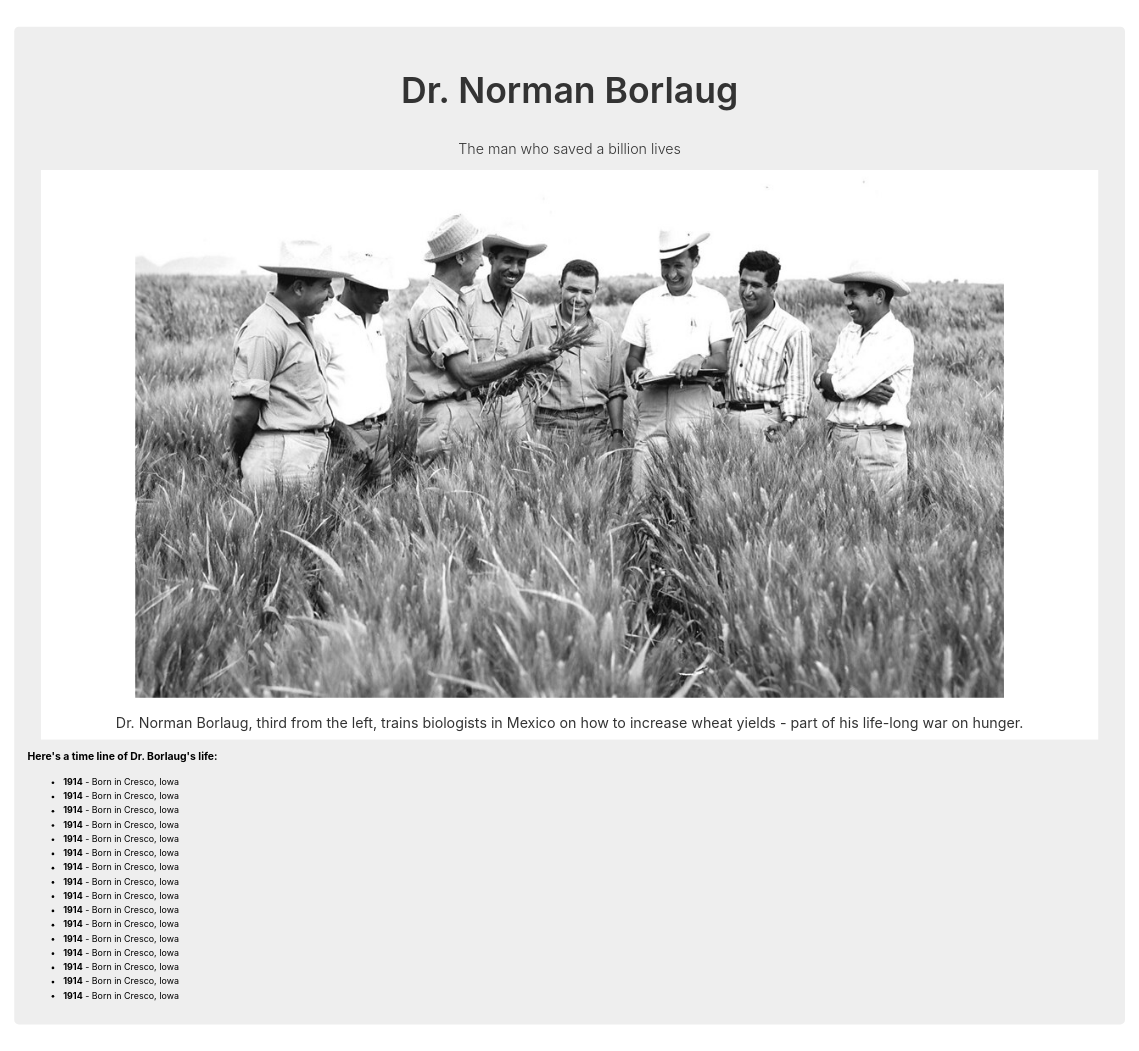
Repository: HTDuy01/github-demo
Page: freecodecamp/index.html
An editor plug-in stored every save of this project. The page is shown before and after the next save, followed by the edit.
The browser window is 1280 px wide. The pictures show the whole page, at 89% of full size.

Above is the page before, as saved 2021-11-17 20:34:30.

### freecodecamp/index.html
<!DOCTYPE html>
<html lang="en">
<head>
    <meta charset="UTF-8">
    <meta http-equiv="X-UA-Compatible" content="IE=edge">
    <meta name="viewport" content="width=device-width, initial-scale=1.0">
    <title>Document</title>
    <link rel="stylesheet" href="/assets/css/style.css">
    <link rel="stylesheet" href="/assets/css/base.css">
</head>
<body>
    <div class="main">
        <header id="title">
            <h1 class="heading">Dr. Norman Borlaug</h1>
            <p class="sub-heading">The man who saved a billion lives</p>
        </header>

        <div id="img-div">
            <img src="/assets/img/tribute-page-main-image.jpg" alt="" class="img">
            <p class="content-img">Dr. Norman Borlaug, third from the left, trains biologists in Mexico on how to increase wheat yields - part of his life-long war on hunger.</p>
        </div>

        <div class="content">
            <h3 class="content-heading">Here's a time line of Dr. Borlaug's life:</h3>
            <ul class="content-list">
                <li class="content-item">
                    <strong>1914</strong>
                     - Born in Cresco, Iowa
                </li>
                <li class="content-item">
                    <strong>1914</strong>
                     - Born in Cresco, Iowa
                </li>
                <li class="content-item">
                    <strong>1914</strong>
                     - Born in Cresco, Iowa
                </li>
                <li class="content-item">
                    <strong>1914</strong>
                     - Born in Cresco, Iowa
                </li>
                <li class="content-item">
                    <strong>1914</strong>
                     - Born in Cresco, Iowa
                </li>
                <li class="content-item">
                    <strong>1914</strong>
                     - Born in Cresco, Iowa
                </li>
                <li class="content-item">
                    <strong>1914</strong>
                     - Born in Cresco, Iowa
                </li>
                <li class="content-item">
                    <strong>1914</strong>
                     - Born in Cresco, Iowa
                </li>
                <li class="content-item">
                    <strong>1914</strong>
                     - Born in Cresco, Iowa
                </li>
                <li class="content-item">
                    <strong>1914</strong>
                     - Born in Cresco, Iowa
                </li>
                <li class="content-item">
                    <strong>1914</strong>
                     - Born in Cresco, Iowa
                </li>
                <li class="content-item">
                    <strong>1914</strong>
                     - Born in Cresco, Iowa
                </li>
                <li class="content-item">
                    <strong>1914</strong>
                     - Born in Cresco, Iowa
                </li>
                <li class="content-item">
                    <strong>1914</strong>
                     - Born in Cresco, Iowa
                </li>
                <li class="content-item">
                    <strong>1914</strong>
                     - Born in Cresco, Iowa
                </li>
                <li class="content-item">
                    <strong>1914</strong>
                     - Born in Cresco, Iowa
                </li>

            </ul>
        </div>

        <footer class="footer">

        </footer>
    </div>
</body>
</html>

### freecodecamp/assets/css/style.css
.main {
    background-color: #eee;
    margin: 30px 8px;
    padding: 15px;
    border-radius: 5px;
}

/* header */
#title {
    text-align: center;
}

.heading {
    color: var(--color-header);
    font-size: 4rem;
    font-weight: 600;
    margin-top: 27px;
    line-height: 60px;
}

.sub-heading {
    font-size: 1.6rem;
    color: var(--color-header);
    font-weight: 300;
}

/* Bener */
#img-div {
    height: 640px;
    background-color: #fff;
    margin: 0 15px;
    text-align: center;
}

.img {
    width: 976px;
    height: 593px;
}

.content-img {
    font-size: 1.6rem;
    color: var(--color-header);
    font-weight: 400;
}

### freecodecamp/assets/css/base.css

* {
    box-sizing: inherit;
}

html {
    font-size: 62.5%;
    line-height: 1.6rem;
    font-family: -apple-system, BlinkMacSystemFont, 'Segoe UI', 'Roboto', 'Helvetica Neue', Arial, sans-serif;
    box-sizing: border-box;
}

:root {
    --color-header:#333;
}

After the next save:
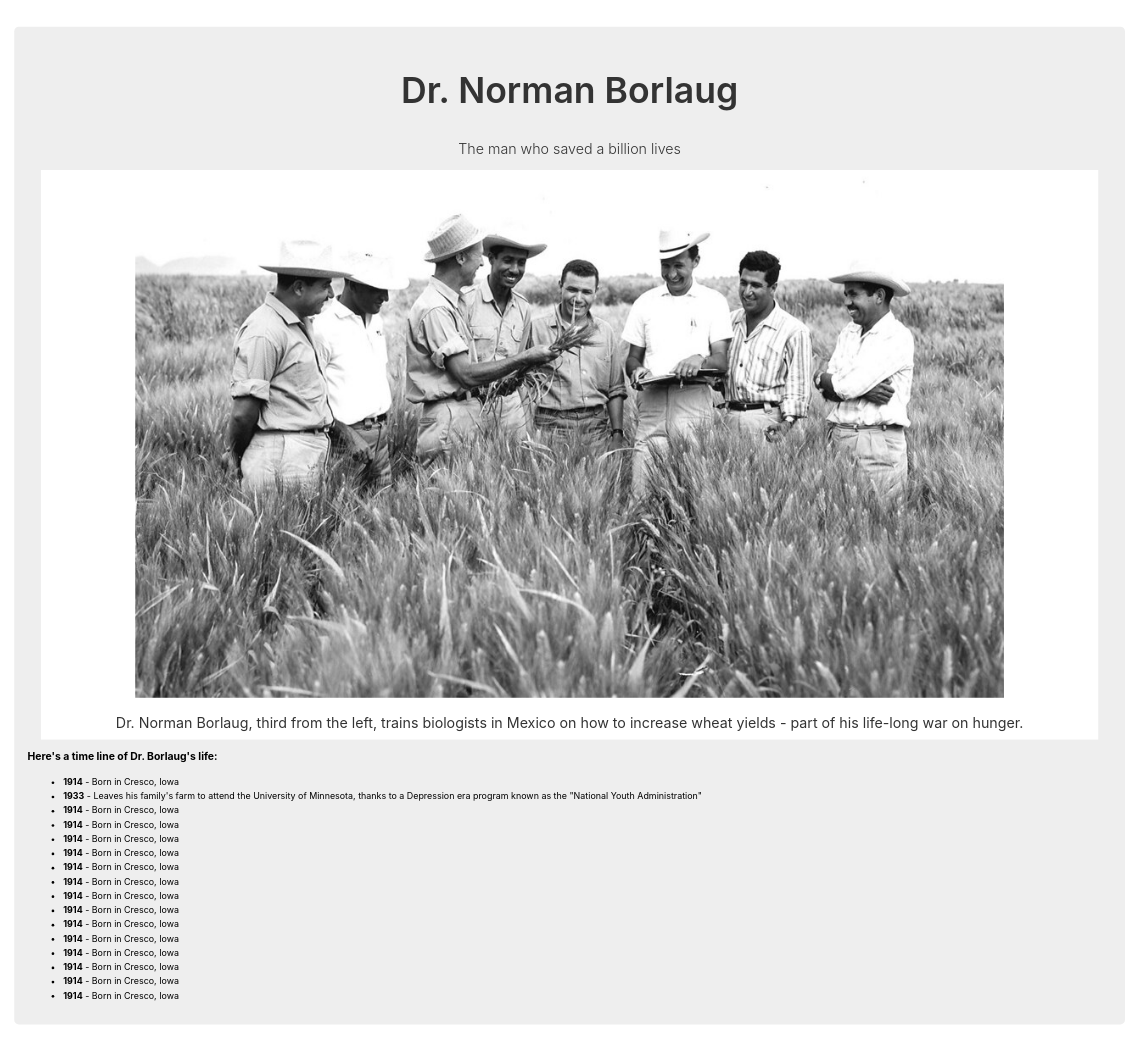
Saved 23 s later.
--- a/freecodecamp/index.html
+++ b/freecodecamp/index.html
@@ -28,8 +28,8 @@
                      - Born in Cresco, Iowa
                 </li>
                 <li class="content-item">
-                    <strong>1914</strong>
-                     - Born in Cresco, Iowa
+                    <strong>1933</strong>
+                      - Leaves his family's farm to attend the University of Minnesota, thanks to a Depression era program known as the "National Youth Administration"
                 </li>
                 <li class="content-item">
                     <strong>1914</strong>
